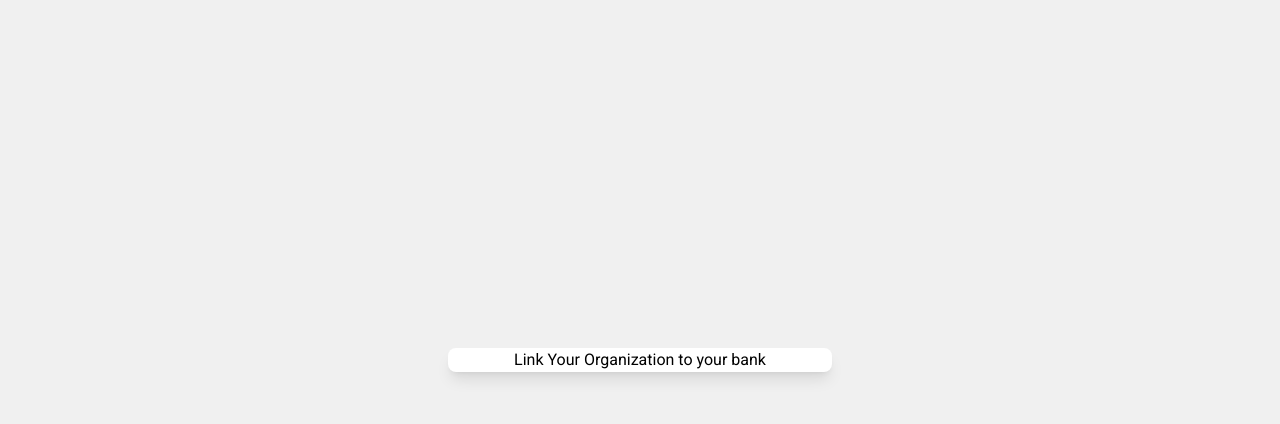
Repository: Nathan-spec/link_to_org
Page: /
An editor plug-in stored every save of this project. The page is shown before and after a run of saves, followed by the edit.
The browser window is 1280 px wide. The pictures show the whole page.
The project was rebuilt for these pictures with package versions that can differ from the ones it lists, and the page was loaded fresh each time. The framework's server and built-in components were replaced by stand-ins that run in the browser. Also part of the build but not shown: next.config.ts.

Above is the page before, as saved 2024-10-25 13:12:57.

After the next 3 saves:
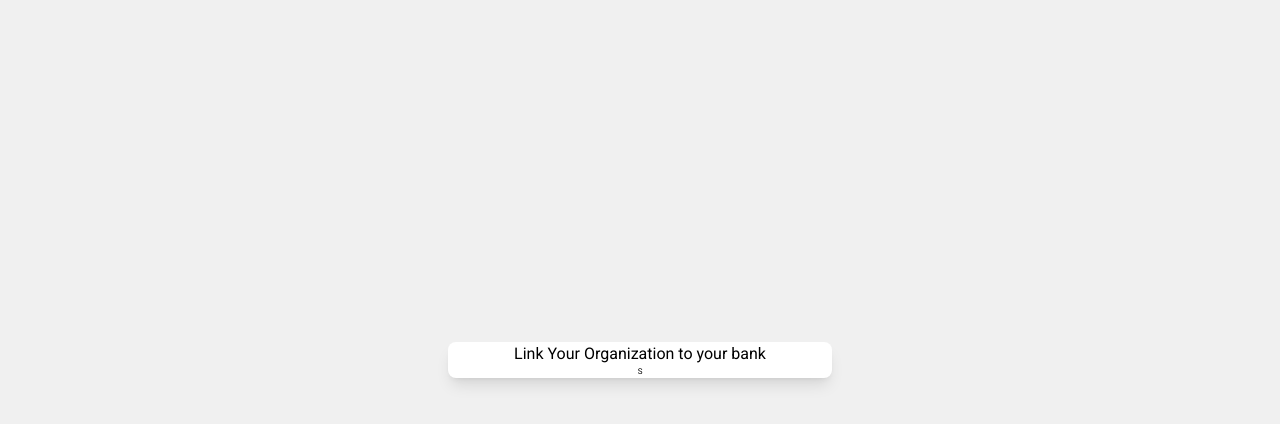
The 3 saves are shown as one change because they came seconds apart.
The last was saved 17 s later.
--- a/app/page.tsx
+++ b/app/page.tsx
@@ -18,7 +18,7 @@ export default function Home() {
         Link Your Organization to your bank
       </h1>
       <h3 style={{fontSize: '8px', color: 'black', textAlign: 'center', }}>
-
+        S
       </h3>
       </div>
     </div>
